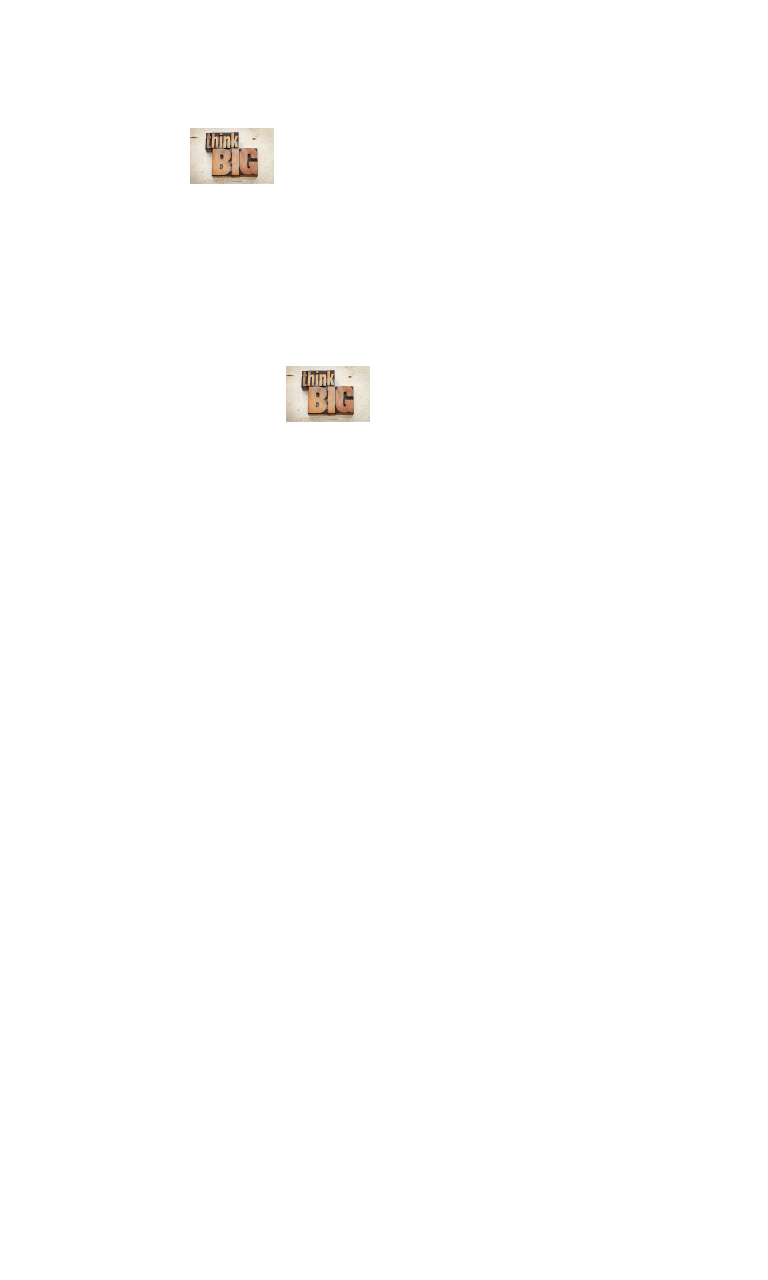
Repository: Amir13/Android_Basic_Steps
Layout: ViewElements4/res/layout/activity_shape_xml.xml
These files come from the project's save history. The layout is drawn as it stood at one moment and after the next save; the edit follows.
It is drawn on a 768 x 1280 px phone screen (xhdpi) without system bars, with theme AppTheme; the app's code is not run.

Above is the layout before, as saved 2014-06-08 16:15:13.

After the next save:
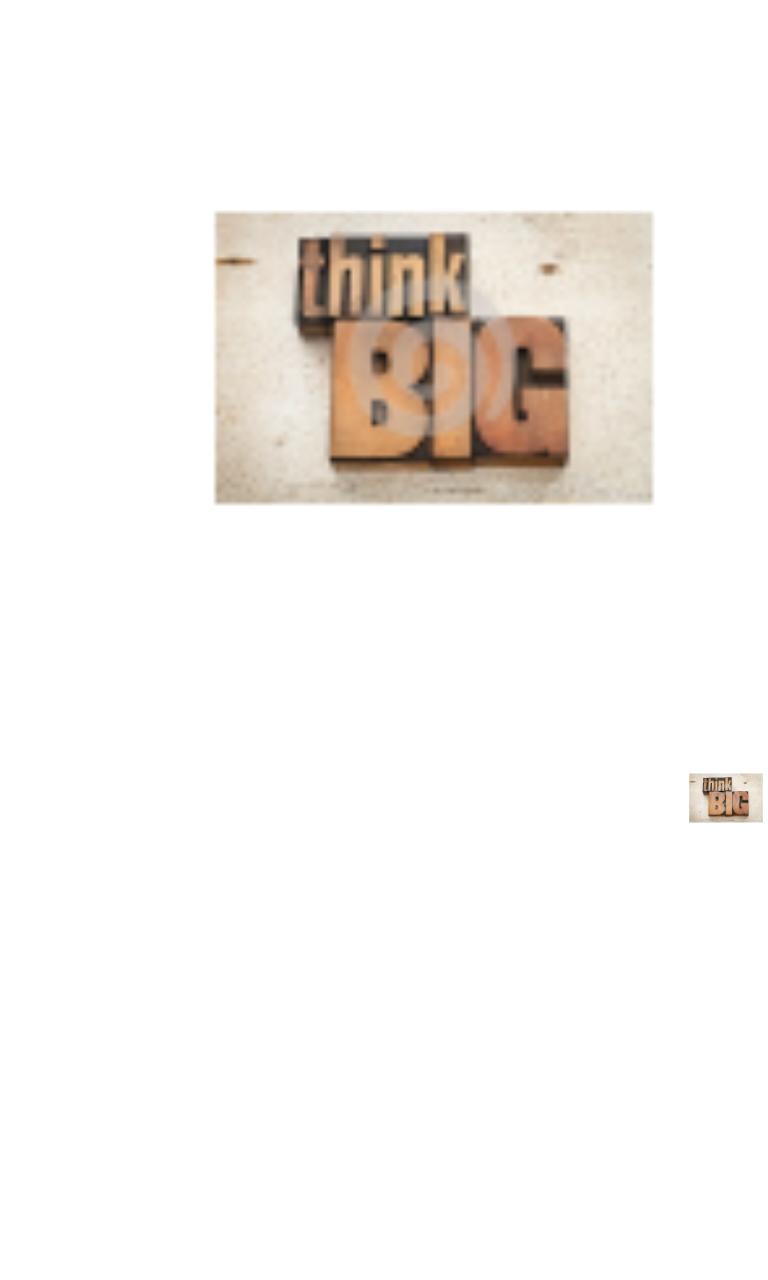
Saved 87 s later.
--- a/ViewElements4/res/layout/activity_shape_xml.xml
+++ b/ViewElements4/res/layout/activity_shape_xml.xml
@@ -8,8 +8,8 @@
 
     <ImageView
         android:id="@+id/imageView1"
-        android:layout_width="wrap_content"
-        android:layout_height="wrap_content"
+        android:layout_width="250dp"
+        android:layout_height="250dp"
         android:layout_alignParentLeft="true"
         android:layout_alignParentTop="true"
         android:layout_marginLeft="92dp"
